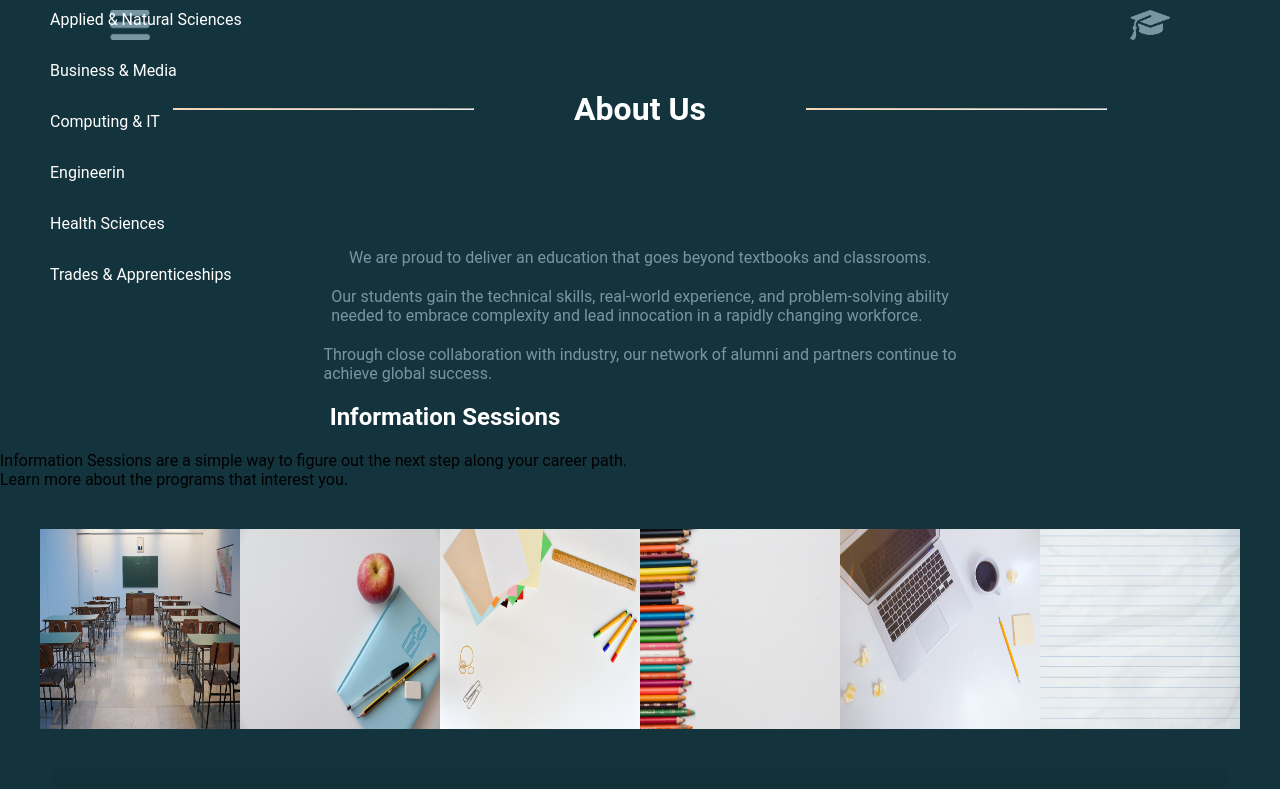
Repository: Sheraliramzan/Aly_A01253508_Assignment1
Page: /about
These files come from the project's save history. The page is drawn as it stood at one moment and after the next save; the edit follows.
The browser window is 1280 px wide. The pictures show the whole page.
The project was rebuilt for these pictures with package versions that can differ from the ones it lists, and the page was loaded fresh each time. The framework's server and built-in components were replaced by stand-ins that run in the browser. Also part of the build but not shown: next.config.js.

Above is the page before, as saved 2023-02-05 08:51:17.

After the next save:
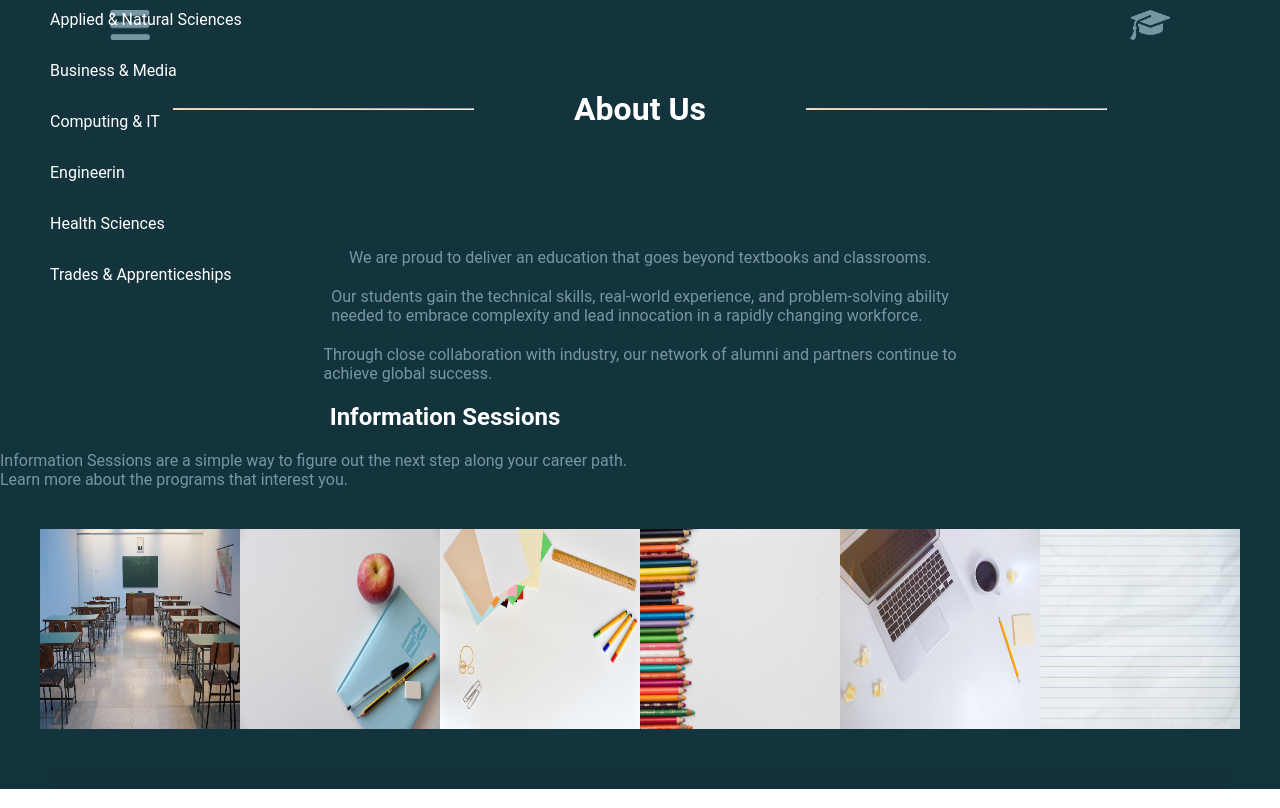
Saved 5 s later.
--- a/styles/globals.css
+++ b/styles/globals.css
@@ -169,7 +169,7 @@ ul > li {
   color: var(--primary-color);
 }
 .para3{
-  color: var();
+  color: var(--ternary-color);
 }
 #carouselImage{
   height: 200px;
